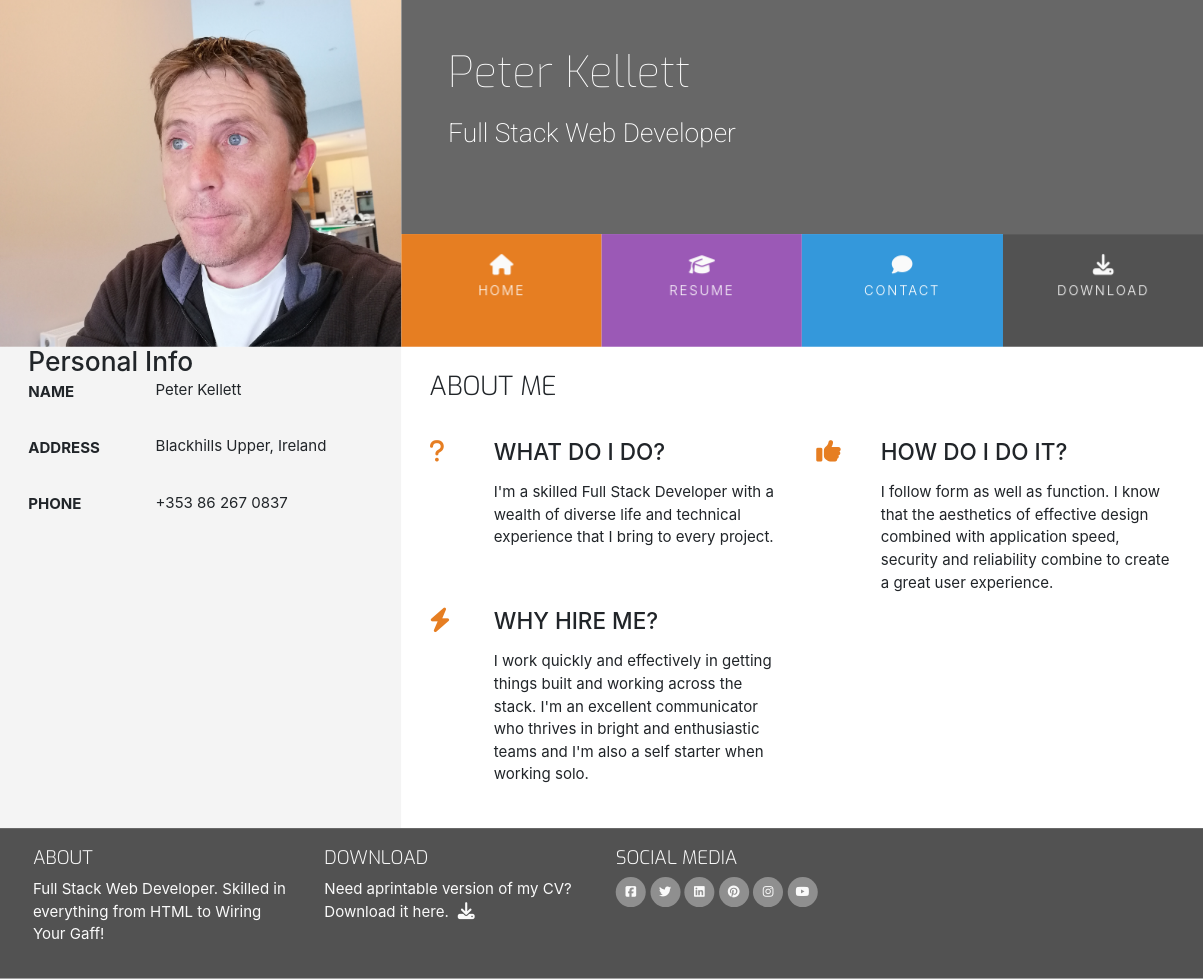
Repository: PeterKellett/resume-tutorial
Page: index.html
The author's editor kept a record of every edit. The page is drawn from the files as they stood at one moment, then again after the next edit.
The browser window is 1280 px wide. The pictures show the whole page, at 94% of full size.
Some web libraries are served in a nearby version.

Above is the page before.

### index.html
<!DOCTYPE html>
<html lang="en">

<head>
    <meta charset="UTF-8">
    <meta name="viewport" content="width=device-width, initial-scale=1.0">
    <meta http-equiv="X-UA-Compatible" content="ie=edge">
    <link rel="stylesheet" href="https://stackpath.bootstrapcdn.com/bootstrap/4.3.1/css/bootstrap.min.css" integrity="sha384-ggOyR0iXCbMQv3Xipma34MD+dH/1fQ784/j6cY/iJTQUOhcWr7x9JvoRxT2MZw1T" crossorigin="anonymous">
    <script src="https://kit.fontawesome.com/5522ae6586.js"></script>
    <link rel="stylesheet" href="https://cdnjs.cloudflare.com/ajax/libs/hover.css/2.3.1/css/hover-min.css" type="text/css" />
    <link rel="stylesheet" href="assets/css/style.css" type="text/css" />
    <title>CV index</title>
</head>
<!-------------------------------------------End </head>----------------------------------->

<!--------------------------------------=---Start <body>----------------------------------->

<body>
    <!--------------------------------------=---Start <header>----------------------------------->
    <header>
        <div class="row no-gutters">
            <a href="index.html" class="col-md-4 logo"></a>

            <div class="col-md-8">
                <div class="row no-gutters bg-color-name-title">
                    <div class="col heading">
                        <h1 class="name">Peter Kellett</h1>
                        <h2 class="title">Full Stack Web Developer</h2>
                    </div>
                </div>
                <div class="row no-gutters">
                    <div class="col">
                        <ul id="nav" class="list-inline menucontainer">
                            <li class="col-6 col-sm-3 ui-menu-color-home list-inline-item menuitem">
                                <a href="index.html" class="hvr-sweep-to-bottom"><i class="fas fa-home" aria-hidde="true"></i><span>Home</span></a>
                            </li>
                            <li class="col-6 col-sm-3 ui-menu-color-resume list-inline-item menuitem">
                                <a href="resume.html" class="hvr-sweep-to-bottom"><i class="fas fa-graduation-cap" aria-hidde="true"></i><span>Resume</span></a>
                            </li>
                            <li class="col-6 col-sm-3 ui-menu-color-contact list-inline-item menuitem">
                                <a href="contact.html" class="hvr-sweep-to-bottom"><i class="fas fa-comment" aria-hidde="true"></i><span>Contact</span></a>
                            </li>
                            <li class="col-6 col-sm-3 ui-menu-color-download list-inline-item menuitem">
                                <a href="assets/cv/test_resume.pdf" target="_blank" class="hvr-sweep-to-bottom"><i class="fas fa-download" aria-hidde="true"></i><span>Download</span></a>
                            </li>
                        </ul>
                    </div>
                </div>
            </div>
        </div>
    </header>
    <!-------------------------------------------End </header>----------------------------------->

    <!--------------------------------------=---Start <section>----------------------------------->

    <section class="container-fluid">
        <div class="row">
            <div class="col-md-4 bg-color-personal-info section-column">
                <div class="row">
                    <div class="col-12">
                        <h3 class-"section-heading uppercase">
                            Personal Info
                        </h3>
                    </div>
                </div>
                <div class="personal-info-item">
                    <div class="key">
                        <p class="uppercase">
                            Name
                        </p>
                    </div>
                    <div class="value">
                        <p>
                            Peter Kellett
                        </p>
                    </div>
                </div>
                <div class="personal-info-item">
                    <div class="key">
                        <p class="uppercase">
                            Address
                        </p>
                    </div>
                    <div class="value">
                        <p>
                            Blackhills Upper, Ireland
                        </p>
                    </div>
                </div>
                <div class="personal-info-item">
                    <div class="key">
                        <p class="uppercase">
                            Phone
                        </p>
                    </div>
                    <div class="value">
                        <p>
                            +353 86 267 0837
                        </p>
                    </div>
                </div>
            </div>
            <div class="col-md-8 bg-color-three-reasons section-column">
                <div class="row">
                    <div class="col">
                        <h3 class="section-heading uppercase">About Me</h3>
                    </div>
                </div>
                <div class="row">
                    <div class="col-10 offset-1 offset-sm-0 col-sm-4 col-md-6">
                        <div class="row">
                            <div class="col-2"><i class="three-reasons-icon fas fa-question" aria-hidden="true"></i>
                            </div>
                            <div class="col-10">
                                <h4 class="three-reasons-heading uppercase">What do I do?</h4>
                                <p>
                                    I'm a skilled Full Stack Developer with a wealth of diverse life and technical experience that I bring to every project.
                                </p>
                            </div>
                        </div>
                    </div>
                    <div class="col-10 offset-1 offset-sm-0 col-sm-4 col-md-6">
                        <div class="row">
                            <div class="col-2"><i class="three-reasons-icon fas fa-thumbs-up" aria-hidden="true"></i>
                            </div>
                            <div class="col-10">
                                <h4 class="three-reasons-heading uppercase">How do I do it?</h4>
                                <p>
                                    I follow form as well as function. I know that the aesthetics of effective design combined with application speed, security and reliability combine to create a great user experience.
                                </p>
                            </div>
                        </div>
                    </div>
                    <div class="col-10 offset-1 offset-sm-0 col-sm-4 col-md-6">
                        <div class="row">
                            <div class="col-2"><i class="three-reasons-icon fas fa-bolt" aria-hidden="true"></i>
                            </div>
                            <div class="col-10">
                                <h4 class="three-reasons-heading uppercase">Why hire me?</h4>
                                <p>
                                    I work quickly and effectively in getting things built and working across the stack. I'm an excellent communicator who thrives in bright and enthusiastic teams and I'm also a self starter when working solo.
                                </p>
                            </div>
                        </div>
                    </div>
                </div>
            </div>
        </div>
    </section>
    <!-------------------------------------------End </section>----------------------------------->


    <!--------------------------------------=---Start <footer>----------------------------------->

    <footer class="container-fluid">
        <div id="footer-details" class="row">
            <div class="col-sm-3">
                <h5 class="uppercase general-sub">About</h5>
                <p class="inline-block">
                    Full Stack Web Developer. Skilled in everything from HTML to Wiring Your Gaff!
                </p>
            </div>
            <div class="col-sm-3">
                <h5 class="uppercase general-sub">Download</h5>
                <p class="inline-block">Need aprintable version of my CV? Download it here.
                    <a href="assets/cv/test_resume.pdf" target="_blank" class="cv-pdf">
                    <i class="fas fa-download" aria-hidden="true"></i>
                    <span class="sr-only">Download link.</span>
                </a>
                </p>
            </div>
            <div class="col-sm-3">
                <h5 class="uppercase general-sub">Social Media</h5>
                <ul class="list-inline social-links">
                    <li class="list-inline-item">
                        <a target="_blank" href="#">
                            <i Class="fab fa-facebook-square" aria-hidden="true"></i>
                            <span class="sr-only">Facebook</span>
                        </a>
                    </li>
                    <li class="list-inline-item">
                        <a target="_blank" href="#">
                            <i Class="fab fa-twitter" aria-hidden="true"></i>
                            <span class="sr-only">Twitter</span>
                        </a>
                    </li>
                    <li class="list-inline-item">
                        <a target="_blank" href="#">
                            <i Class="fab fa-linkedin" aria-hidden="true"></i>
                            <span class="sr-only">LinkedIn</span>
                        </a>
                    </li>
                    <li class="list-inline-item">
                        <a target="_blank" href="#">
                            <i Class="fab fa-pinterest" aria-hidden="true"></i>
                            <span class="sr-only">Pinterest</span>
                        </a>
                    </li>
                    <li class="list-inline-item">
                        <a target="_blank" href="#">
                            <i Class="fab fa-instagram" aria-hidden="true"></i>
                            <span class="sr-only">Instagram</span>
                        </a>
                    </li>
                    <li class="list-inline-item">
                        <a target="_blank" href="#">
                            <i Class="fab fa-youtube" aria-hidden="true"></i>
                            <span class="sr-only">YouTube</span>
                        </a>
                    </li>

                </ul>
            </div>
        </div>


    </footer>
    <!-------------------------------------------End </footer>----------------------------------->

</body>
<!-------------------------------------------End </body>----------------------------------->

</html>

### assets/css/style.css
@import url('https://fonts.googleapis.com/css?family=Roboto:100,200,300,400,500,600,700|Exo:100,200,300,400,500,600,700');

/*------------------------------Colors-------------------------*/

.bg-color-name-title {
    background: #676767;

}

.bg-color-three-reasons {
    background-color: #fff;
}

.bg-color-personal-info {
    background-color: #f4f4f4;
}

.ui-menu-color-home {
    background-color: #e67e22;
}

.ui-menu-color-resume {
    background-color: #9b59b6;
}

.ui-menu-color-contact {
    background-color: #3498db;
}

.ui-menu-color-download {
    background-color: #525252;
}

/*------------------------------Special Paddings/margins/text-------------------------*/

h1,
h2,
h3,
h4 {
    margin: 0;
}

.uppercase {
    text-transform: uppercase;
}

.general-sub {
    font-family: "exo", sans-serif;
    font-weight: 300;
    color: #fafafa;
}

.inline-block {
    display: inline-block;
}

.row-table {
    display: table;
}

.section-column {
    display: table-cell;
    padding: 0 30px 30px;
    float: none;
}

.section-heading {
    font-family: "Exo", sans-serif;
    font-weight: 300;
    margin-top: 25px;
    margin-bottom: 40px;
}

/*------------------------------Heading-------------------------*/

header {
    margin: 0;
}

.heading {
    margin-left: 50px;
}

.logo {
    background: url("../images/IMG_20190807_202109.jpg");
    background-position: center;
    background-repeat: no-repeat;
    background-size: cover;
    min-height: 360px;
    transition: all .5s ease-in-out;
    -moz-transition: all .5s ease-in-out;
    -webkit-transition: all .5s ease-in-out;
    -o-transition: all .5s ease-in-out;
}

.name {
    font-family: "Exo", sans-serif;
    font-weight: 100;
    font-size: 46px;
    margin-top: 50px;
    color: #fff;
}

.title {
    font-family: "Roboto", sans-serif;
    font-weight: 200;
    font-size: 28px;
    margin-top: 20px;
    margin-bottom: 90px;
    color: #fff;
}

.list-inline-item:not(:last-child) {
    margin: 0;
}

.menucontainer {
    font-size: 0;
}

#nav {
    margin: 0;
}

#nav li {
    font-size: 14px;
    padding: 0;
}

.menuitem {
    height: 120px;
    text-align: center;
    padding: 0;
}

.menuitem a {
    width: 100%;
    text-decoration: none;
    color: #fff;
    height: 120px;
}

.menuitem a i {
    padding-top: 22px;
    display: block;
    color: #fafafa;
    font-size: 22px;
}

.menuitem span {
    display: block;
    width: 100%;
    padding-top: 5px;
    text-align: center;
    text-transform: uppercase;
    font-size: 14px;
    font-weight: 300;
    letter-spacing: 2px;
}

/*------------------------------Hover.css-------------------------*/

.hvr-sweep-to-bottom:before {
    background: rgba(0, 0, 0, 0.2);
    height: 120px;
}

/*------------------------------Footer-------------------------*/

footer {
    background-color: #525252;
    color: #fafafa;
    min-height: 120px;
    margin: 0;
}

.cv-pdf i {
    font-size: 18px;
    color: #fafafa;
    text-align: center;
    padding-left: 5px;
    transition: all 0.35s ease-in-out;
    -moz-transition: all 0.35s ease-in-out;
    -webkit-transition: all 0.35s ease-in-out;
    -o-transition: all 0.35s ease-in-out;
}

.cv-pdf i:hover {
    color: #e84610;
}

.social-links {
    padding-bottom: 15px;
}

.social-links li a i {
    width: 32px;
    height: 32px;
    padding: 12px 0;
    border-radius: 50%;
    font-size: 13px;
    line-height: 7px;
    text-align: center;
    color: #fafafa;
    background: #8f8f8f;
    transition: all 0.35s ease-in-out;
    -moz-transition: all 0.35s ease-in-out;
    -webkit-transition: all 0.35s ease-in-out;
    -o-transition: all 0.35s ease-in-out;
}

.social-links li a i:hover {
    background: #e84610;
}

#footer-details {
    padding: 20px;
}

/*------------------------------Three reasons-------------------------*/
.three-reasons-icon {
    font-size: 26px;
    color: #e67e22;
}

.three-reasons-heading {
    margin-bottom: 15px;

}

/*------------------------------Personal Info-------------------------*/

.personal-info-item {
    margin-bottom: 20px;
    display: block;
    clear: both;
}

.personal-info-item .key,
.personal-info-item .value {
    padding-right: 8px;
    display: inline-block;
}

.personal-info-item .key p,
.personal-info-item.value p {
    margin: 0;
}

.personal-info-item .key {
    width: 30%;
    margin-right: 21px;
    padding-top: 2px;
    vertical-align: top;
}

.personal-info-item .key p {
    font-weight: 700;
}

.personal-info-item .value {
    position: relative;
    width: 60%;
}

After the next edit:
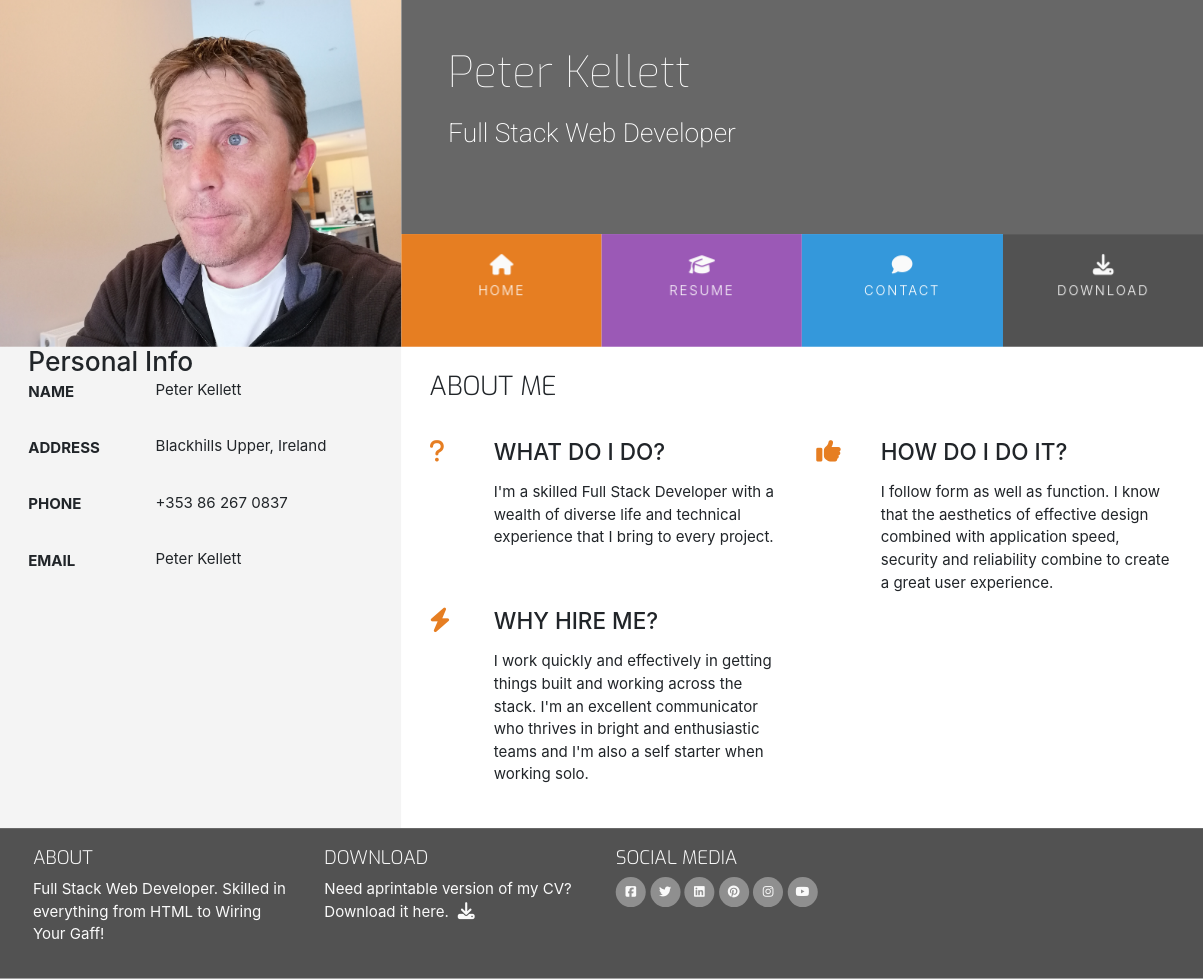
The edit:
--- a/index.html
+++ b/index.html
@@ -99,6 +99,18 @@
                         </p>
                     </div>
                 </div>
+                <div class="personal-info-item">
+                    <div class="key">
+                        <p class="uppercase">
+                            Email
+                        </p>
+                    </div>
+                    <div class="value">
+                        <p>
+                            Peter Kellett
+                        </p>
+                    </div>
+                </div>
             </div>
             <div class="col-md-8 bg-color-three-reasons section-column">
                 <div class="row">
